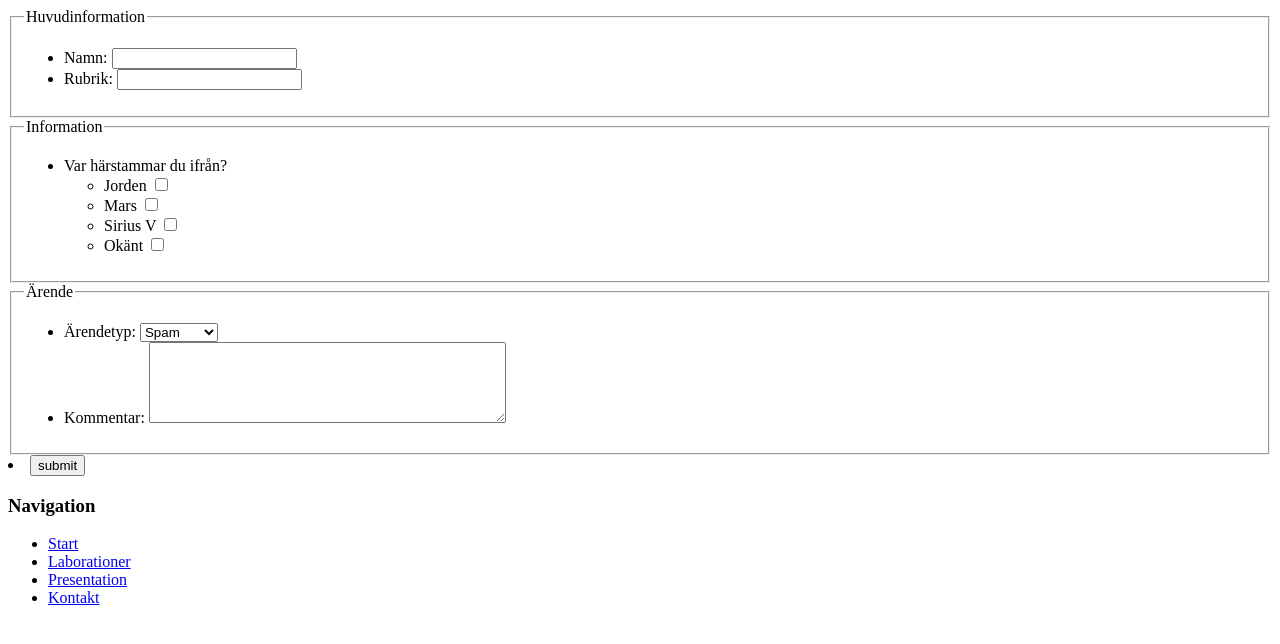
Repository: cg222im/1IK415_cg222im
Page: pages/kontakt.html
The author's editor kept a record of every edit. The page is drawn from the files as they stood at one moment, then again after the next edit.
The browser window is 1280 px wide. The pictures show the whole page.

Above is the page before.

After the next edit:
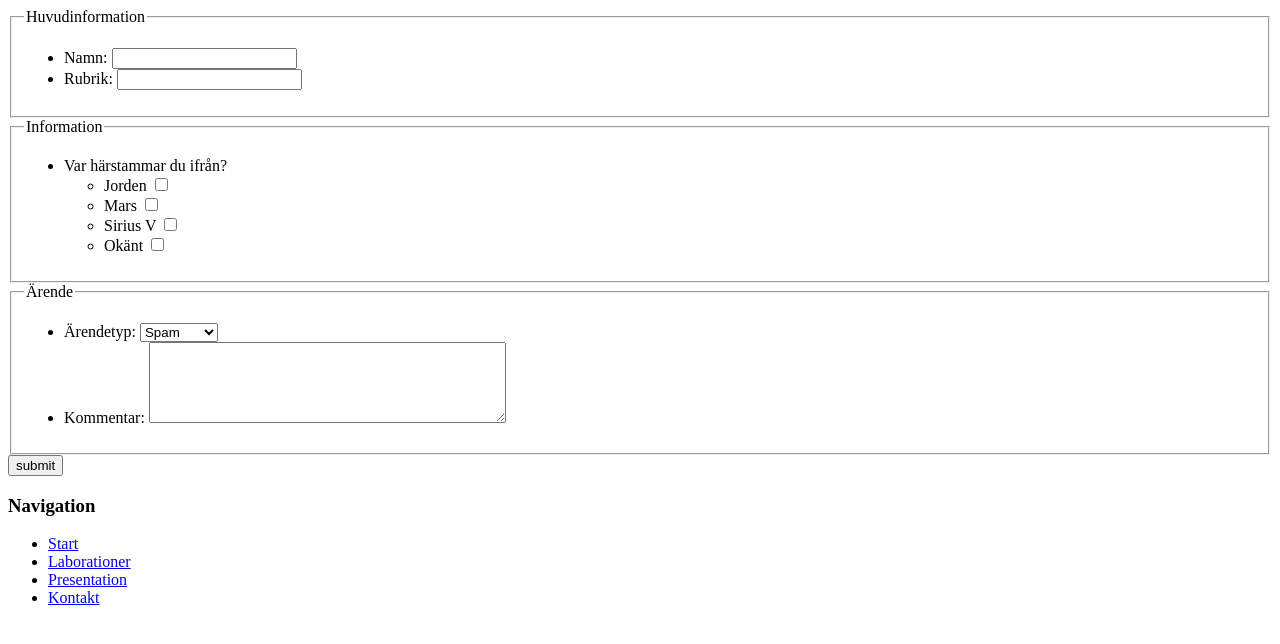
The edit:
--- a/pages/kontakt.html
+++ b/pages/kontakt.html
@@ -48,7 +48,7 @@
                 </ul>
             </fieldset>
 
-            <li><input type="submit" value="submit" /></li>
+            <input type="submit" value="submit" />
 
         </form>
 
